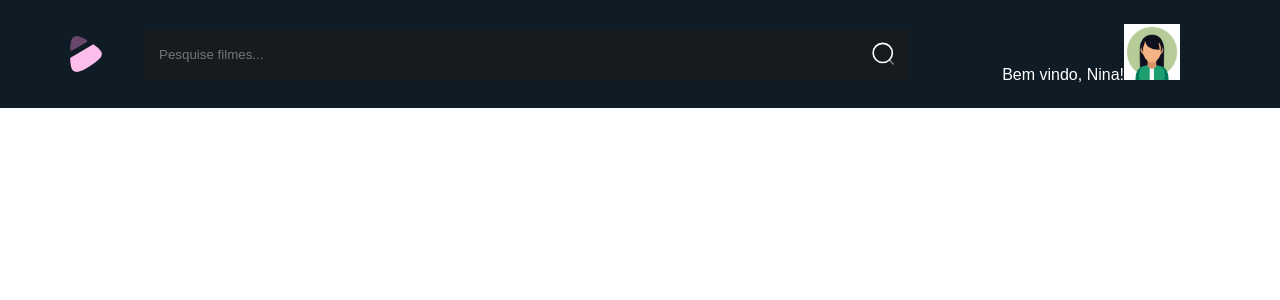
Repository: MilenaMelo/Cubos-Flix
Page: / (app in cubos-flix/)
The author's editor kept a copy of each file at every save. The page is drawn from the files as they stood at one save, then again after the next save.
The browser window is 1280 px wide. The pictures show the whole page.
The project was rebuilt for these pictures with package versions that can differ from the ones it lists, and the page was loaded fresh each time.

Above is the page before, as saved 2021-06-19 13:27:43.

### cubos-flix/public/index.html
<!DOCTYPE html>
<html lang="en">
  <head>
    <meta charset="utf-8" />
    <link rel="icon" href="%PUBLIC_URL%/favicon.ico" />
    <meta name="viewport" content="width=device-width, initial-scale=1" />
    <meta name="theme-color" content="#000000" />
    <meta
      name="description"
      content="Web site created using create-react-app"
    />
    <link rel="apple-touch-icon" href="%PUBLIC_URL%/logo192.png" />
    <link rel="manifest" href="%PUBLIC_URL%/manifest.json" />
    <title>Cubos Flix</title>
  </head>
  <body>
    <noscript>You need to enable JavaScript to run this app.</noscript>
    <div id="root"></div>

  </body>
</html>

### cubos-flix/src/App.js
import './App.css';
import Navbar from './components/Navbar';

function App() {
  return (
    <div className="app">
      <header>
        <Navbar/>
      </header>
    </div>
  );
}

export default App;

### cubos-flix/src/App.css
* {
    margin: 0px;
    font-family: Manrope, sans-serif;
    color: #FFFFFF;
}

.app {
    background-color: #1d2226;
}

### cubos-flix/src/components/Navbar/index.js
import './style.css'
import logo from '../../assets/images/logo.svg'
import search_icon from '../../assets/images/search-icon.svg'
import profile_img from '../../assets/images/profile.jpg'


function Navbar() {
    return (
        <header className='navbar'>
            <img className='logo' src={logo} alt="logo"/>
            <div className='search-container'>
                <input className='search-input' type="text" name="Pesquisa" placeholder="Pesquise filmes..."/>
                <img className='search-img' src={search_icon} alt="Input de pesquisa"/>
            </div>
            <div className='profile-container'>
                <span>Bem vindo, Nina!</span>
                <img className='profile-img' src={profile_img} alt="Foto de perfil"/>
            </div>
        </header>
    );
}

export default Navbar;

### cubos-flix/src/components/Navbar/style.css
.navbar {
    display: flex;
    align-items: center;
    justify-content: space-evenly;
    padding: 24px 100px 24px 70px;
    background: #0F1C26;
    color: #FDFDFDFD;
}

.logo {
    margin-right: 42px;
}

.search-container {
    flex-grow: 1;
    position: relative;
    display: flex;
    margin-right: 92px;
    background: #171B1E;
}

.search-input {
    width: 100%;
    padding: 16px 14px;
    outline: 0;
    border: 1px solid transparent;
    background: #171B1E;
}

.search-img {
    width: 24px;
    height: 24px;
    cursor: pointer;
    align-self: center;
    position: absolute;
    z-index: 1;
    right: 15px;
}

.profile-img {
    height: 56px;
}

Loaded but not shown: cubos-flix/src/index.js (common file)

After the next save:
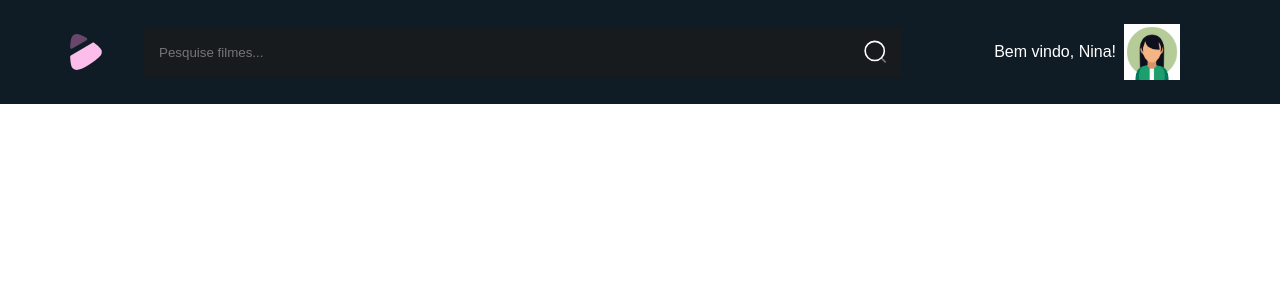
Saved 98 s later.
--- a/cubos-flix/src/components/Navbar/style.css
+++ b/cubos-flix/src/components/Navbar/style.css
@@ -37,6 +37,13 @@
     right: 15px;
 }
 
+.profile-container {
+    display: flex;
+    align-items: center;
+    grid-gap: 8px;
+    gap: 8px;
+}
+
 .profile-img {
     height: 56px;
 }
